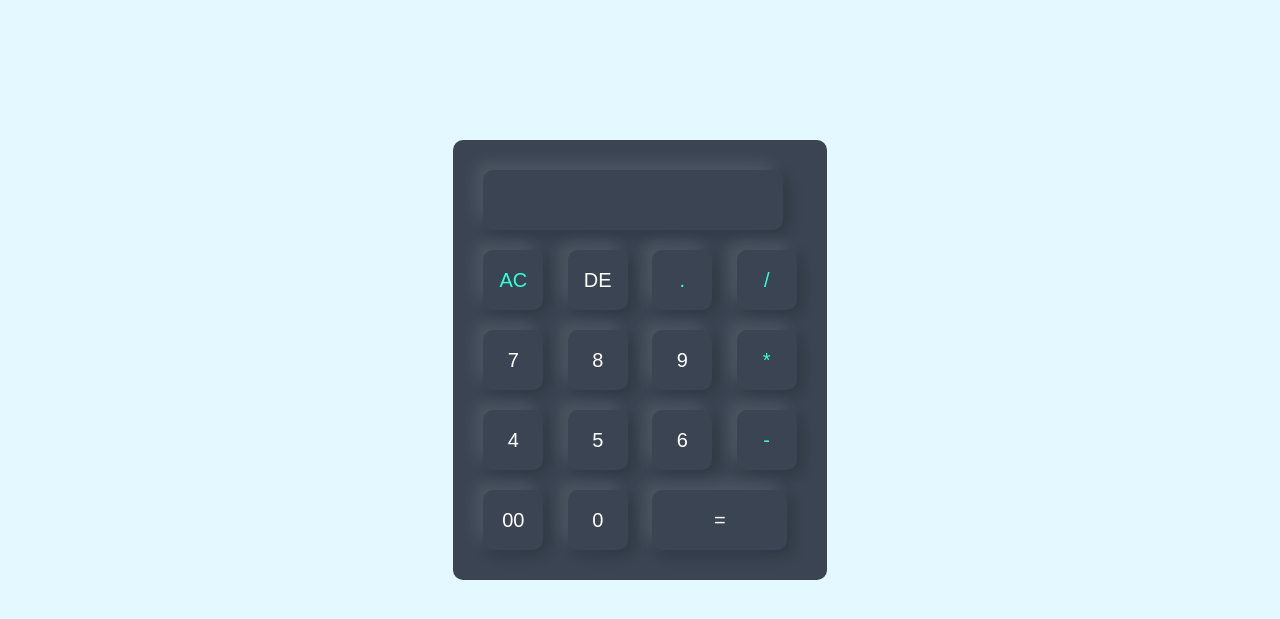
Repository: YAAMAR/calculator
Page: index.html
These files come from the project's save history. The page is drawn as it stood at one moment and after the next save; the edit follows.
The browser window is 1280 px wide. The pictures show the whole page.

Above is the page before, as saved 2024-05-02 23:18:37.

After the next save:
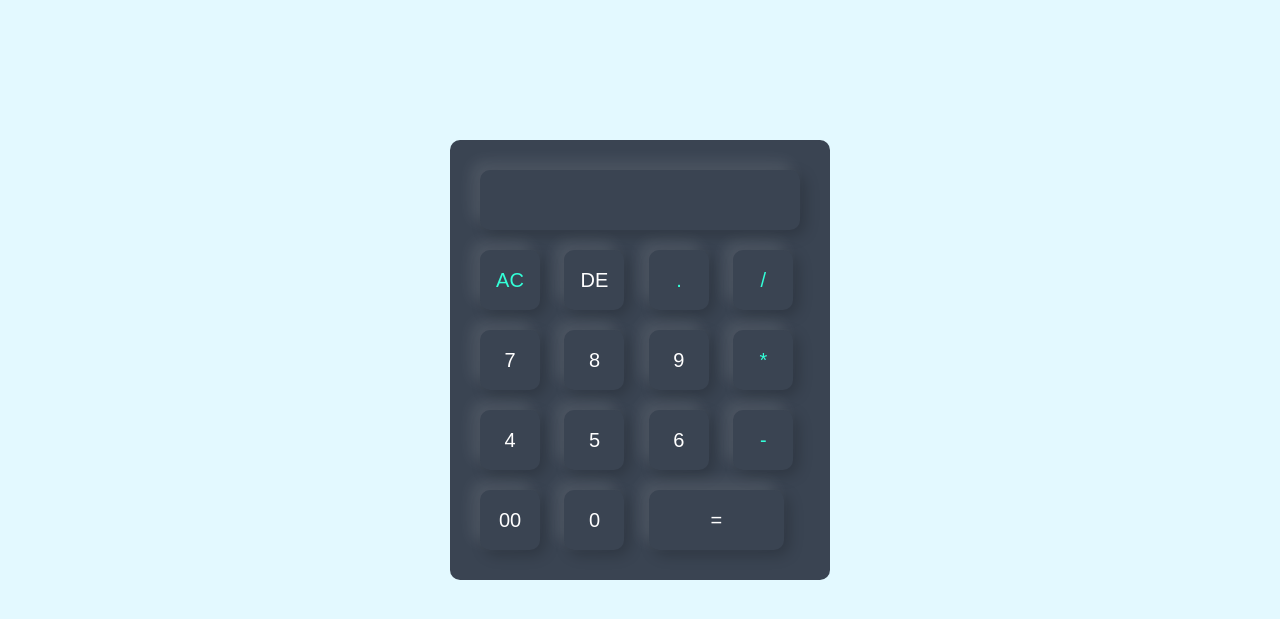
Saved 50 s later.
--- a/index.html
+++ b/index.html
@@ -11,7 +11,7 @@
         <div class="calculator">
             <form >
                 <div class="display">
-                    <input type="text" style="width:300px;" name="display">
+                    <input type="text" style="width:320px;" name="display">
                 </div>
                 <div>
                     <input type="button" value="AC" onclick="display.value=''" class="operator">
